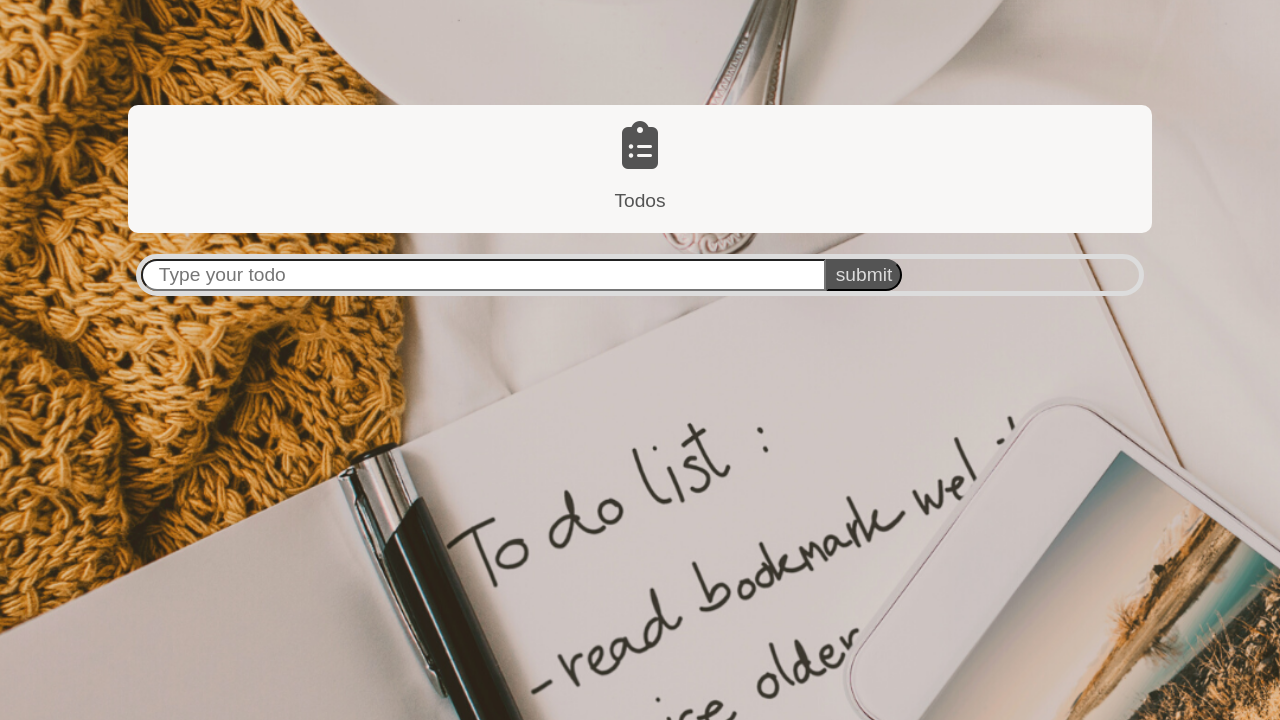
Repository: ShindanoSingi/My-Channel-Videos
Page: index.html
The author's editor kept a copy of each file at every save. The page is drawn from the files as they stood at one save, then again after the next save.
The browser window is 1280 px wide. The pictures show the whole page.

Above is the page before, as saved 2023-07-18 00:22:47.
Console error: TypeError: Cannot read properties of null (reading 'addEventListener')

### index.html
<!DOCTYPE html>
<html lang="en">
<head>
    <meta charset="UTF-8">
    <meta name="viewport" content="width=device-width, initial-scale=1.0">
    <link rel="stylesheet" href="https://cdnjs.cloudflare.com/ajax/libs/font-awesome/6.2.0/css/all.min.css" integrity="sha512-xh6O/CkQoPOWDdYTDqeRdPCVd1SpvCA9XXcUnZS2FmJNp1coAFzvtCN9BmamE+4aHK8yyUHUSCcJHgXloTyT2A==" crossorigin="anonymous" referrerpolicy="no-referrer" />
    <Link rel="stylesheet" href="style.css">
    <title>Todo App</title>
</head>
<body>
    <div class="container">
        <div class="top-div">
            <i class="todo-icon fa-solid fa-clipboard-list"></i>
            <span>Todos</span>
        </div>

        <div class="input-button-container">
            <input class="input-field" id="input-field" type="text" placeholder="Type your todo">
            <input type="submit" value="submit" class="submit-button" id="submit-button">
        </div>
        <div class="div-checkbox-containers-parent" id="div-checkbox-containers-parent">
            </div>
        </div>
    </div>
    <script src="index.js"></script>
</body>
</html>

### style.css
:root{
    --gray-color: #545454;
    --background-color: #F8F7F6;
    --general-font: 1.2rem;
    --light-blue:#1E90FF;
    --light-gray:#DCDCDC;
    --border-radius: 10px;
    --input-border-radius: 50px;
    --padding-x: 0.5rem;
    --padding-y: 0.2rem;
    --screen: 100vw;
    --orange: #D59A4C;
}

body{
    color: var(--gray-color);
    font-family: 'Montserrat', sans-serif;
    font-size: var(--general-font);
    background-image: url(images/Background.png);
    background-size: cover;
    background-repeat: no-repeat;
    background-position: center;
    width: fit-content;
    box-sizing: 0;
    margin: 0;
    padding: 0;
}

.todo-icon{
    font-size: 3rem;
}

.top-div{
    width: 80%;
    background: var(--background-color);
    display: grid;
    justify-items: center;
    height: 6rem;
    gap: 1rem;
    border-radius: var(--border-radius);
    padding: 1rem 0;
    margin-bottom: 1.3rem;
    margin-top: -17rem;
}

/* Input field */
input, .submit-button{
    font-size: var(--general-font);
}

.input-field{
    width: 65%;
    display: inline-block;
    border-radius: var(--input-border-radius) 0 0 var(--input-border-radius);
    padding: 0.2rem 1rem;
}

.check-mark{
    z-index: -1;
}

input:focus{
    outline: none;
    background-color: var(--light-gray);
}

.submit-button{
    color: var(--light-gray);
    padding: 0 0.4rem;
    display: inline-block;
    background-color: var(--gray-color);

    color: var(--light-gray);
    border-radius: 0 var(--input-border-radius) var(--input-border-radius) 0;
    padding: var(--padding-y) var(--padding-x);
}

.submit-button:hover{
    background-color: var(--orange);
}

.input-button-container{
    width: 78%;
    display: flex;
    align-items: center;
    border: 5px solid var(--light-gray);
    border-radius: var(--input-border-radius) var(--input-border-radius);
    margin-top: 2rem;
    margin: 0 auto;
    /* display: none; */
}

div.text{
    font-size: 1rem;
    width: 70%;
    overflow: scroll;
    padding: 1rem;
}

.checkbox{
    transform: scale(1.2);
}

.check-mark{
    transform: translate(-1rem, -0.2rem);
}

.checkbox-icon{
    display: flex;
}

.div-checkbox-container{
    width: 100%;
    height: auto;
    display: flex;
    justify-content: space-between;
    align-items: center;
    background-color: var(--background-color);
    border-radius: var(--border-radius);
}

.div-checkbox-containers-parent{
    display: flex;
    flex-direction: column;
    align-items: center;
    gap: 1.5rem;
    padding: 0 2rem;
    width: 80%;
    margin-top: 1.3rem;
    max-height: 55vh;
    overflow-y: scroll;
    padding-bottom: 2%;
}

.container{
    height: 100svh;
    width: 100vw;
    display: flex;
    flex-direction: column;
    align-items: center;
    justify-content: center;
}

### index.js
let button = document.getElementById("submit-button");
button.addEventListener("click", function () {

    let newDiv1 = document.getElementById("div-checkbox-containers-parent");

    let inputValue = document.getElementById("input-field");

    let newDiv2 = document.createElement("div");
    newDiv2.setAttribute('class', "div-checkbox-container");
    newDiv2.setAttribute("id", "div-checkbox-container");

    let newDiv3 = document.createElement("div");
    newDiv3.setAttribute("class", "text");
    newDiv3.setAttribute("id", "text");
    newDiv3.textContent = inputValue.value;

    let newDiv4 = document.createElement("div");
    newDiv4.setAttribute("class", "checkbox-icon");
    newDiv4.setAttribute("id", "checkbox-icon");

    let input = document.createElement("input");
    input.type = "checkbox";
    input.setAttribute("class", "checkbox");
    input.setAttribute("id", "checkbox");

    let i = document.createElement("i");
    i.setAttribute("class", "check-mark fa-solid fa-check");
    i.setAttribute('id','check-mark');

    newDiv4.appendChild(input);
    newDiv4.appendChild(i);

    newDiv2.appendChild(newDiv3);
    newDiv2.appendChild(newDiv4);

    console.log(newDiv1)
    if (!inputValue.value) {
        alert("Please enter the text!")
        return
    }

    newDiv1.appendChild(newDiv2);

    newDiv1.scrollTop = newDiv1.scrollHeight;

    inputValue.value = ''
});

const showCheckMark = () => {
    let checkMark = document.getElementById('check-mark');
    checkMark.style.zIndex = 1;
    console.log("Lol")
}

let checkBoxIcon = document.getElementById('checkbox-icon');
checkBoxIcon.addEventListener('click', (event) => {
    showCheckMark()
})

After the next save:
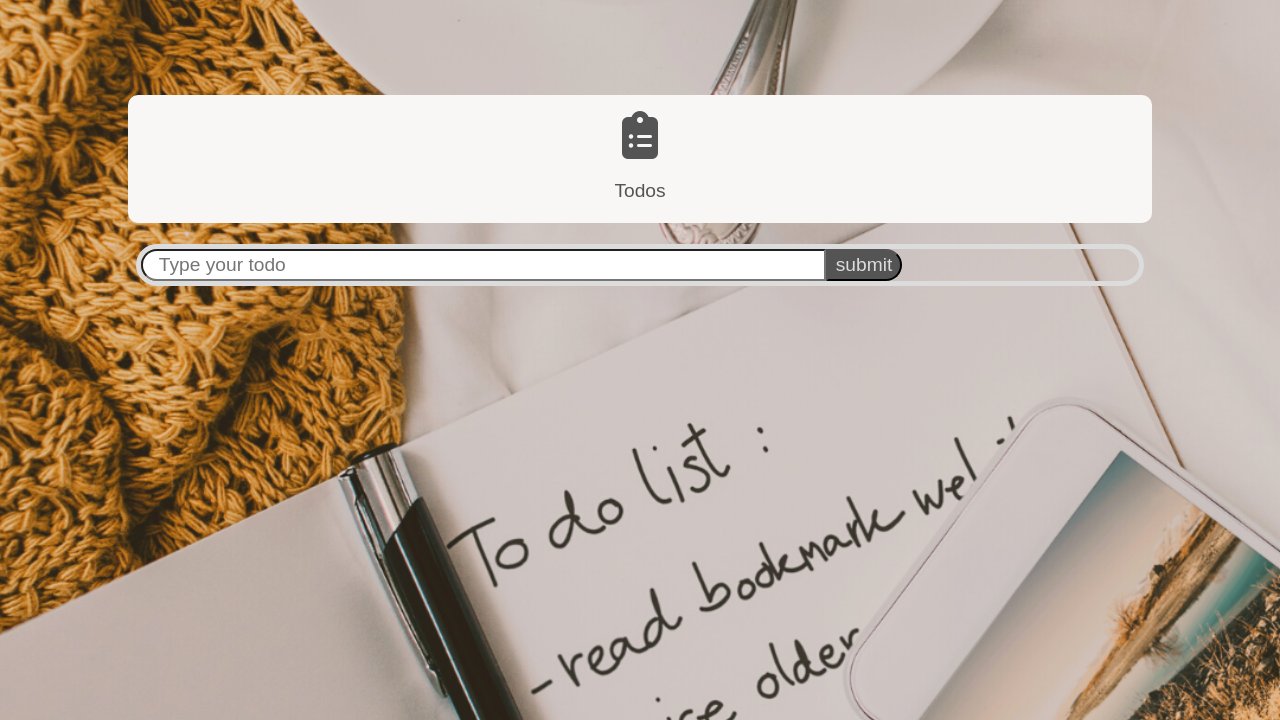
Saved 2 min 10 s later.
--- a/style.css
+++ b/style.css
@@ -87,6 +87,7 @@
     border-radius: var(--input-border-radius) var(--input-border-radius);
     margin-top: 2rem;
     margin: 0 auto;
+    margin-bottom: 1.3rem;
     /* display: none; */
 }
 

After the save that followed:
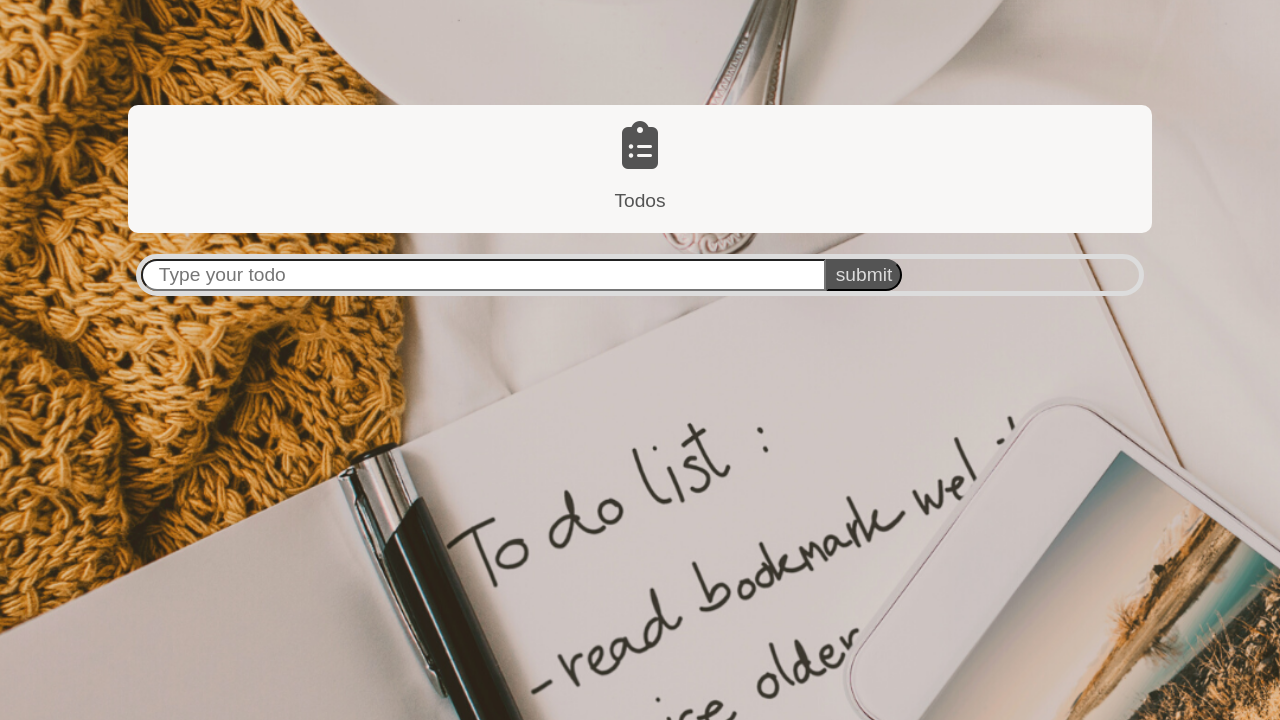
Saved 18 s later.
--- a/style.css
+++ b/style.css
@@ -127,7 +127,6 @@
     gap: 1.5rem;
     padding: 0 2rem;
     width: 80%;
-    margin-top: 1.3rem;
     max-height: 55vh;
     overflow-y: scroll;
     padding-bottom: 2%;
